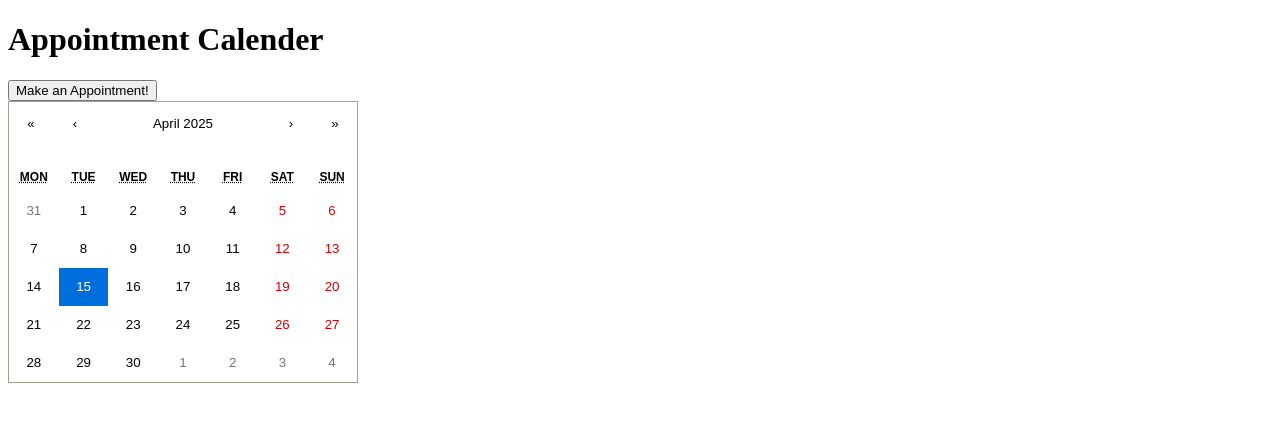
Repository: KennethEskandari/Appointment-Calender-
Page: / (app in Appointment-Calender/)
The author's editor kept a copy of each file at every save. The page is drawn from the files as they stood at one save, then again after a run of saves.
The browser window is 1280 px wide. The pictures show the whole page.
The project was rebuilt for these pictures with package versions that can differ from the ones it lists, and the page was loaded fresh each time. Also part of the build but not shown: Appointment-Calender/vite.config.js.

Above is the page before, as saved 2025-04-15 19:17:42.

After the next 5 saves:
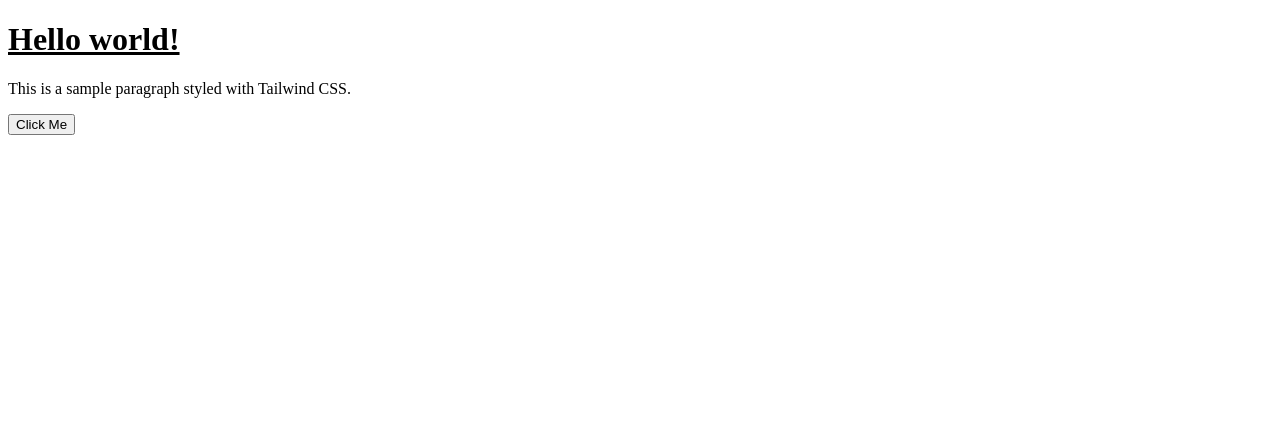
The 5 saves are shown as one change because 2 did not build or start and some came seconds apart.
The last was saved 107 s later.
--- a/Appointment-Calender/src/App.jsx
+++ b/Appointment-Calender/src/App.jsx
@@ -1,22 +1,21 @@
-import 'react-calendar/dist/Calendar.css'
-import Calendar from 'react-calendar/dist/cjs/Calendar.js'
-import { useState } from 'react'
 import '/Users/kennetheskandari/Appointment-Calender-/Appointment-Calender/src/index.css'
 
 
 function App() {
-  const [date, setDate] = useState(new Date())
+
 
   return (
-    <div>
-      <header className ="bg-purple-400 p-4 shadow-md">
-        <h1 className="text-red-500">Appointment Calender</h1>
-        </header>
-        <button className="bg-purple-500 hover:bg-purple-700 text-white font-bold py-2 px-4 rounded">
-          Make an Appointment!
-        </button>
-        <Calendar onChange={setDate} value={date} className="bg-white shadow-md rounded-lg p-4 mt-4" />
-    </div>
+  <div>
+    <h1 className="text-3xl font-bold underline">
+      Hello world!
+    </h1>
+    <p className="text-lg text-gray-700">
+      This is a sample paragraph styled with Tailwind CSS.
+    </p>
+    <button className="bg-blue-500 hover:bg-blue-700 text-white font-bold py-2 px-4 rounded">
+      Click Me
+    </button>
+  </div>
 
   )
 }
